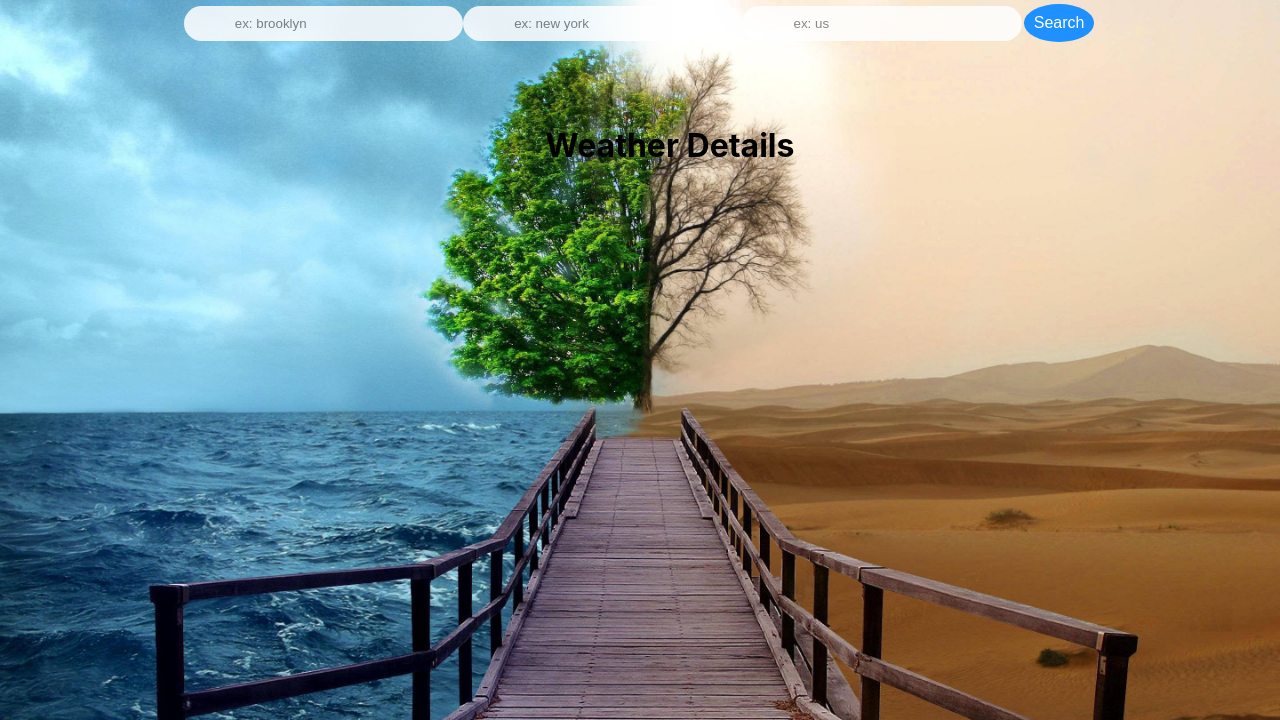
Repository: Mohsin231/Weather_App
Page: /
The author's editor kept a copy of each file at every save. The page is drawn from the files as they stood at one save, then again after the next save.
The browser window is 1280 px wide. The pictures show the whole page.
The project was rebuilt for these pictures with package versions that can differ from the ones it lists, and the page was loaded fresh each time.

Above is the page before, as saved 2021-01-25 04:44:15.

### src/App.js
import React, { useState } from 'react'
import Weather from './Components/Weather'
import WeatherDetails from './Components/WeatherDetails'
import SearchForm from './Components/SearchForm'
import { Route } from 'react-router-dom';
import './App.css';

function App() {

  const [data, setData] = useState({
    city:"",
    state:"",
    country:""
  })

  //weather.js data
  const [weatherData, setWeatherData] = useState(null);
  //weatherDetails data
  const [weatherDetails, setWeatherDetails] = useState(null);

  //displays weather.js data
  function handleChange(event) {
    setData({...data, [event.target.id]:event.target.value})
    console.log(data)
    }

  return (
    <>
    <div className="App">
      <SearchForm
      handleChange={handleChange}
      data={data}
      setData={setData}
      setWeatherData={setWeatherData}
      setWeatherDetails={setWeatherDetails}
      />

<Route path="/" exact component={() => <Weather data={data} setData={setData} weatherData={weatherData}  />} />
<Route path="/" exact component={() => <WeatherDetails data={data} setData={setData} weatherDetails={weatherDetails} />} />

    </div>
    </>

  );
}

export default App;

### src/Components/Weather.js
import React, { useState } from "react";
import WeatherDetails from "../Components/WeatherDetails";
import '../Weather.css';

const Weather = ({ data, setData, weatherData }) => {
  const [action, setAction] = useState("");

  return (
      <div className="main">

        {weatherData &&
        (
          <div className="city-container">

            <div className="city">
            <h2 className="city-name">
              <span>{weatherData.name}, {weatherData.sys.country}</span>
            </h2>

            <div className="city-temp">
              {Math.round(weatherData.main.temp)}
              <sup>&deg;F</sup>
            </div>

            <div className="icon">
              <img className="city-icon" src={`https://openweathermap.org/img/wn/${weatherData.weather[0].icon}@2x.png`} alt={weatherData.weather[0].description} />
              <p>{weatherData.weather[0].description}</p>
            </div>
            </div>

            <button onClick = {() => {setAction("moreDetails")}} id="moreDetails">Show more details...</button>
            </div>

)
}
      {
        action === "moreDetails"
        &&
        <WeatherDetails/>
      }
      </div>

    );
}

export default Weather;




// {weatherData && (
//   <div className="city"
//   <h2 className="city">
//     <span>{weatherData.name}, {weatherData.sys.country}</span>
//   </h2>

// <div className="city-temp">
//   {Math.round(weatherData.main.temp)}
//   <sup>&deg;F</sup>
// </div>

// <div className="city-icon">
// <img className="weather-icon" src={`http://openweathermap.org/img/wn/${weatherData.weather[0].icon}@2x.png`} alt={weatherData.weather[0].description} />
// <p>{weatherData.weather[0].description}</p>
// </div>

// </div>

// )}

// </div>
// </>

### src/Components/WeatherDetails.js
import React from "react";
import '../WeatherDetails.css';

//displays details of weather
const WeatherDetails = ({data, setData, weatherDetails }) => {

  return (
    <div className="main">
      <h1>Weather Details</h1>

      {weatherDetails &&
      (
        <div className="moreInfo">
          <h2>Feels Like: {weatherDetails.main.feels_like}</h2>
          <h2>Min: {weatherDetails.main.temp_min}, Max:{weatherDetails.main.temp_max}</h2>
          <h2>Humidity: {weatherDetails.main.humidity}</h2>
          <h2>Wind Speed: {weatherDetails.wind.speed}</h2>
          </div>

)
}

    </div>

  );
}

export default WeatherDetails;

### src/Components/SearchForm.js
import React, {useEffect} from 'react';
import '../SearchForm.css';
//search


  // Destructure props object
  function SearchForm({handleChange, data, setData, setWeatherData, setWeatherDetails }) {


    const getData = () => {

      let url = `http://api.openweathermap.org/data/2.5/weather?q=${data.city},${data.state},${data.country}&units=imperial&appid=${process.env.REACT_APP_ONEDAY}`

    fetch(url)
      .then(res => res.json())
      .then(res => {
        console.log(res)
        setWeatherData(res);
        setWeatherDetails(res)
      })
      .catch(err => {
        console.error(err);
      });}

  function handleSubmit(event) {
    event.preventDefault();
    getData();
  }

    return (
      <form onSubmit={handleSubmit} className="searchForm">
        <input
          className="search"
          id="city"
          placeholder="ex: brooklyn"
          type="text"
          name="searchString"
          required
          onChange={handleChange}
          value={data.city}
        />
        <input
        className="search"
          id="state"
          placeholder="ex: new york"
          type="text"
          name="searchString"
          required
          onChange={handleChange}
          value={data.state}
        />
        <input
        className="search"
          id="country"
          placeholder="ex: us"
          type="text"
          name="searchString"
          required
          onChange={handleChange}
          value={data.country}
        />
        <button className="button">Search</button>
      </form>
    );
  }
  export default SearchForm;

### src/App.css
.App {
  text-align: center;

}

body {
  background: url("./images/weatherBackground.jpg");
  background-size: cover;
  background-repeat: no-repeat;
}

### src/Weather.css
.main {
    height: 100%;
    display: flex;
    justify-content: center;
    align-items: center;
    flex-direction: column;
    padding-left: 60px;
  }

.city {
    padding: 50px;
    border-radius: 25px;
    background: rgba(235, 230, 230, 0.85);
}

#moreDetails {
    margin-top: 100px;
    background-color: dodgerblue;
    border: none;
    color: white;
    padding: 10px;
    text-align: center;
    text-decoration: none;
    display: inline-block;
    font-size: 16px;
    margin: 4px 2px;

}

### src/WeatherDetails.css
.more-info {
    padding: 40px, 40px, 60px, 60px;
    border-radius: 25px;
    background: rgba(235, 230, 230, 0.85);

}
.main {
    height: 100%;
    display: flex;
    justify-content: center;
    align-items: center;
    flex-direction: column;
  }

### src/SearchForm.css
.search {
    outline: none;
    padding: 10px 4%;
    border-radius: 20px;
    border: none;
    margin-bottom: 5%;
    opacity: 0.85;

}
.button {
    background-color: dodgerblue;
    border: none;
    color: white;
    padding: 10px;
    text-align: center;
    text-decoration: none;
    display: inline-block;
    font-size: 16px;
    margin: 4px 2px;
    border-radius: 80%;
  }

Loaded but not shown: public/index.html (common file); src/index.js (common file); src/index.css (common file); src/reportWebVitals.js (common file)

After the next save:
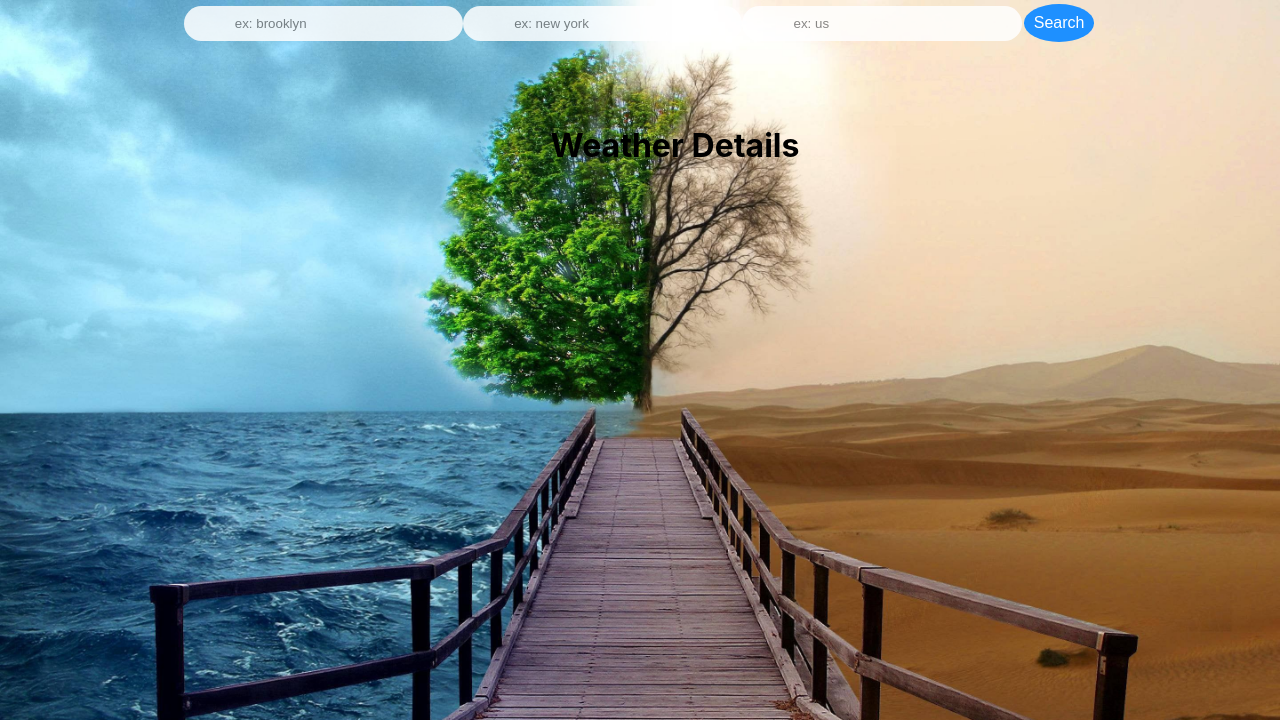
Saved 20 s later.
--- a/src/Weather.css
+++ b/src/Weather.css
@@ -4,7 +4,7 @@
     justify-content: center;
     align-items: center;
     flex-direction: column;
-    padding-left: 60px;
+    padding-left: 70px;
   }
 
 .city {
